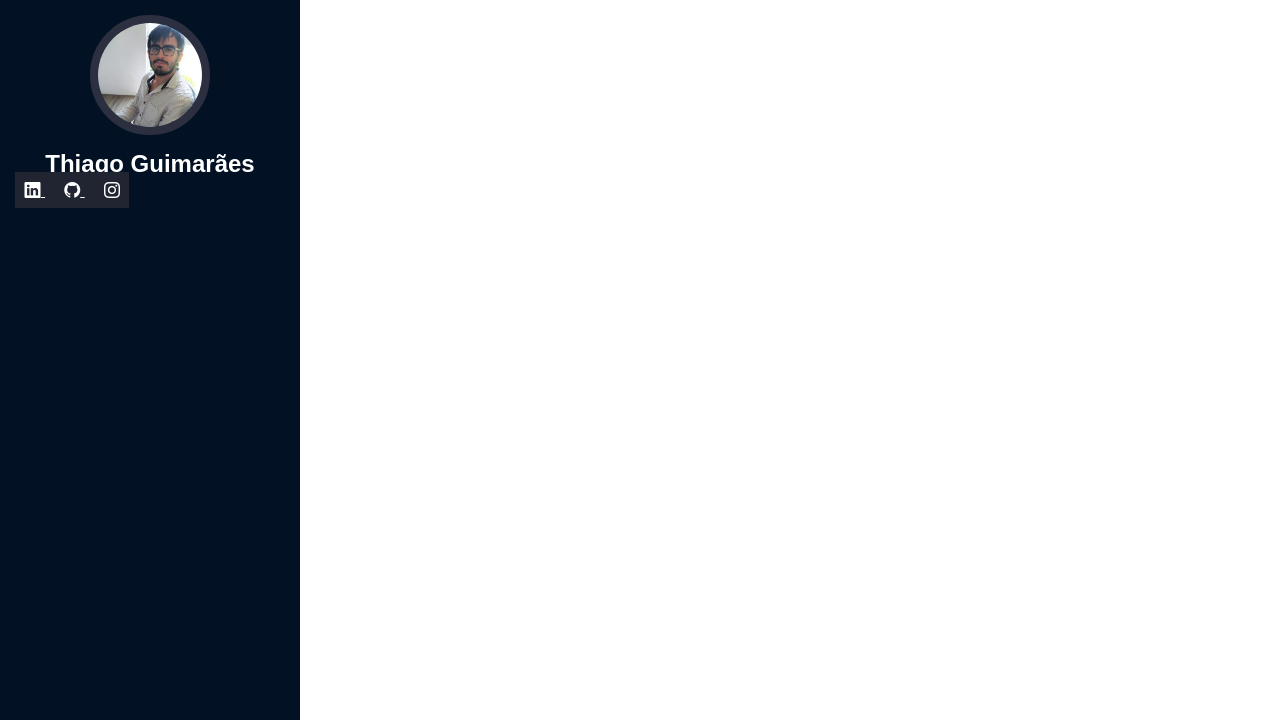
Repository: Rayago/projeto-portfolio
Page: http://localhost/
The author's editor kept a copy of each file at every save. The page is drawn from the files as they stood at one save, then again after the next save.
The browser window is 1280 px wide. The pictures show the whole page.
Some web fonts or font styles are not loaded; a fallback is used. The page is served by the project's application, run on Flask 3 (app.py).

Above is the page before, as saved 2022-07-11 23:09:16.

After the next save:
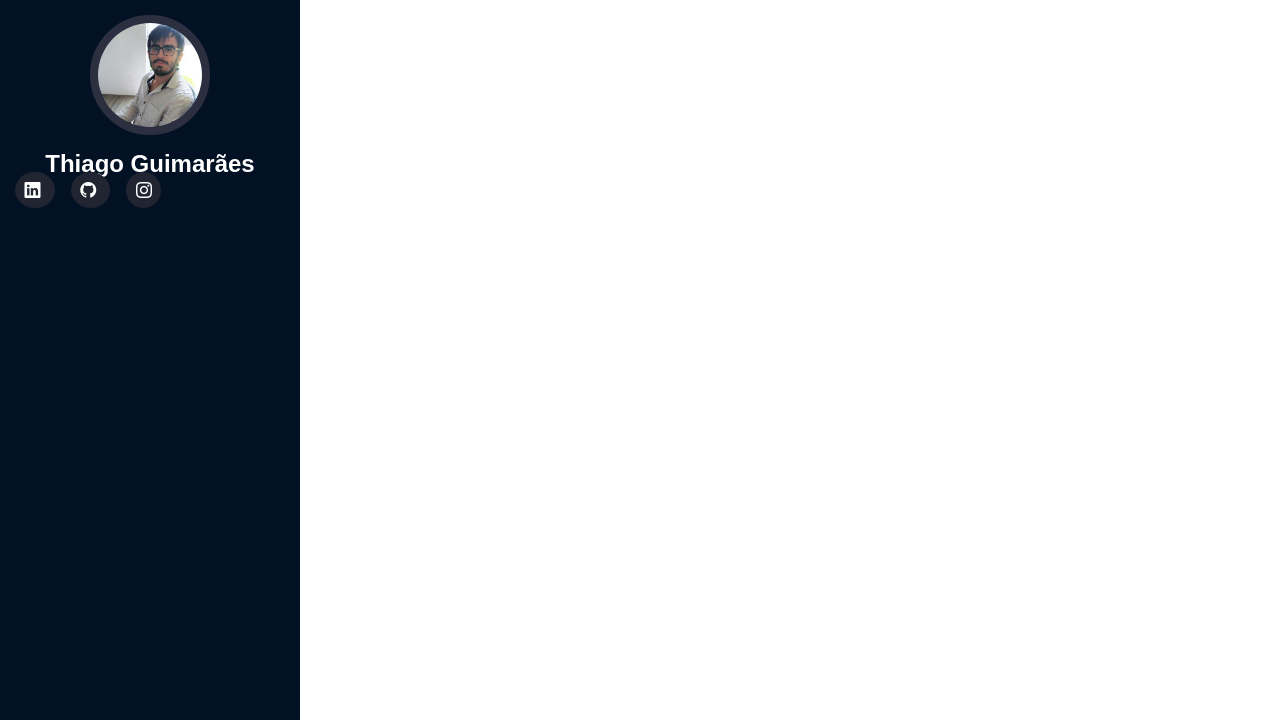
Saved 35 s later.
--- a/static/style.css
+++ b/static/style.css
@@ -41,5 +41,8 @@ html, body {
     background: #212431;
     color: #fff;
     padding: 0.6rem;
-
+    margin-right: 1rem;
+    border-radius: 50%;
+    transition: 0.3s;
+    text-decoration: none;
 }
